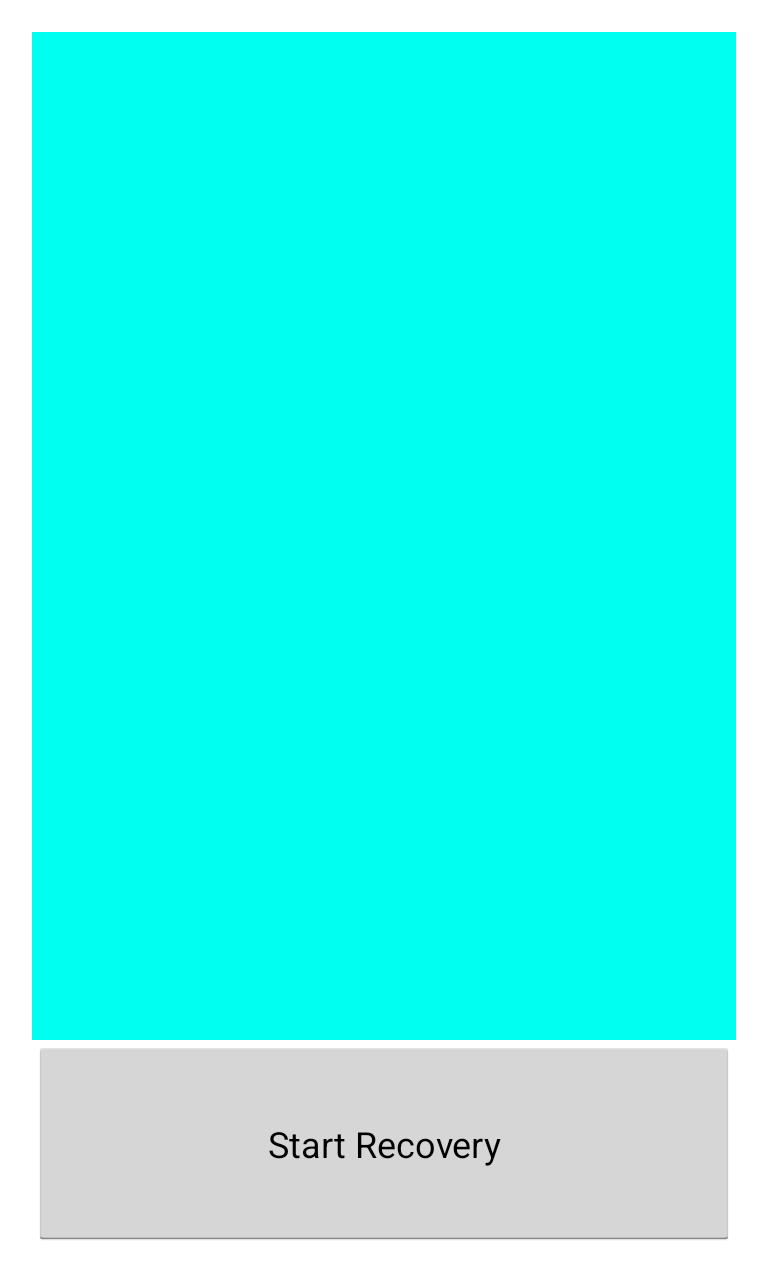
Repository: zzttt/LVM_BackupSol
Layout: TimeTraveler/res/layout/activity_recv.xml
The author's editor kept a copy of each file at every save. The layout is drawn from the files as they stood at one save, then again after the next save.
It is drawn on a 768 x 1280 px phone screen (xhdpi) without system bars, with theme AppTheme; the app's code is not run. Lists and similar views that code fills are empty.

Above is the layout before, as saved 2014-07-20 13:19:53.

### TimeTraveler/res/layout/activity_recv.xml
<RelativeLayout xmlns:android="http://schemas.android.com/apk/res/android"
    xmlns:tools="http://schemas.android.com/tools"
    android:layout_width="match_parent"
    android:layout_height="match_parent">

    <LinearLayout
        android:layout_width="match_parent"
        android:layout_height="match_parent"
        android:weightSum="1"
        android:orientation="vertical"
	    android:paddingBottom="@dimen/activity_vertical_margin"
	    android:paddingLeft="@dimen/activity_horizontal_margin"
	    android:paddingRight="@dimen/activity_horizontal_margin"
	    android:paddingTop="@dimen/activity_vertical_margin"
        >
    <ListView
        android:id="@+id/lv_recvList"
        android:layout_width="match_parent"
        android:layout_height="wrap_content"
        android:smoothScrollbar="true"
        android:background="#00fff0"
        android:layout_weight="0.9"
         >
    </ListView>

    <Button
        android:id="@+id/startRecv"
        android:layout_width="match_parent"
        android:layout_height="wrap_content"
        android:paddingTop="10dip"
        android:paddingBottom="10dip"
        android:text="Start Recovery"
        android:onClick="mOnClick"
        android:layout_weight="0.1"
        />

    </LinearLayout>
</RelativeLayout>

Loaded but not shown: TimeTraveler/res/values/styles.xml (common file); TimeTraveler/res/values-v11/styles.xml (common file); TimeTraveler/res/values-v14/styles.xml (common file); TimeTraveler/res/values/dimens.xml (common file); TimeTraveler/res/values-w820dp/dimens.xml (common file)

After the next save:
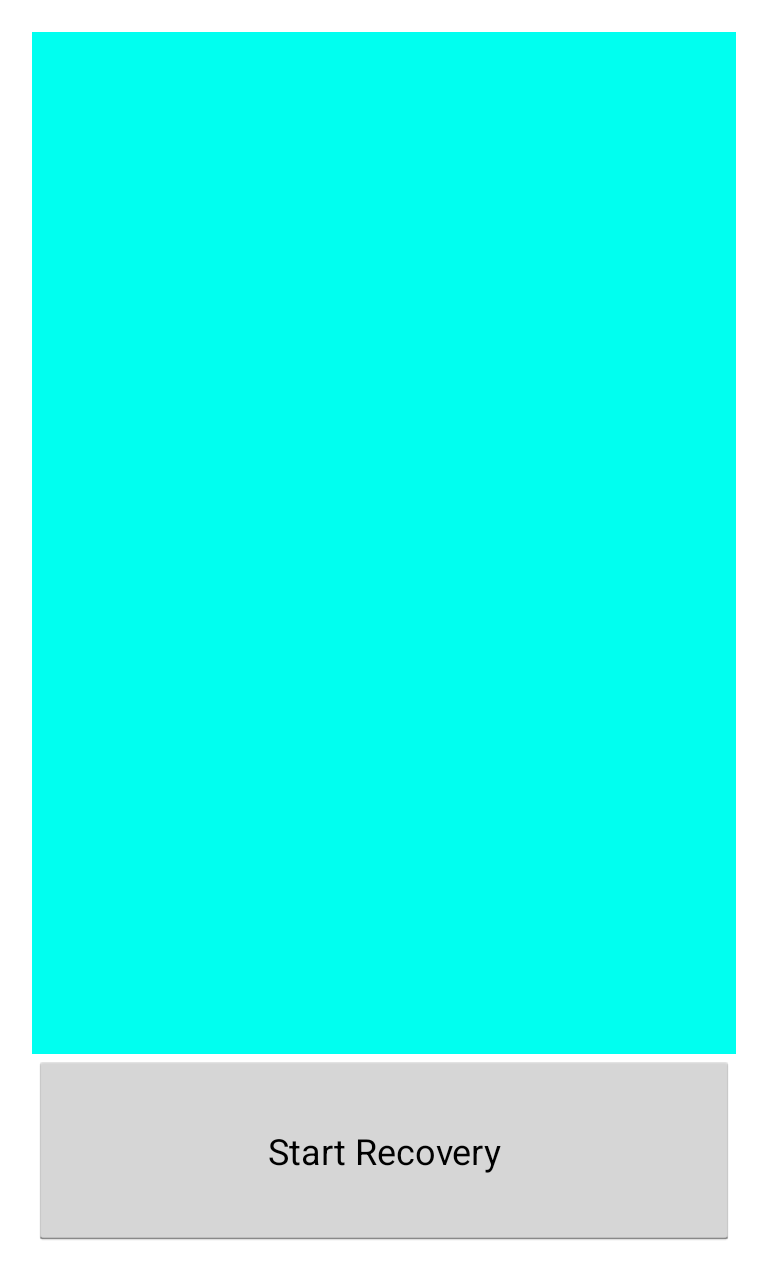
Saved 25 s later.
--- a/TimeTraveler/res/layout/activity_recv.xml
+++ b/TimeTraveler/res/layout/activity_recv.xml
@@ -26,9 +26,7 @@
     <Button
         android:id="@+id/startRecv"
         android:layout_width="match_parent"
-        android:layout_height="wrap_content"
-        android:paddingTop="10dip"
-        android:paddingBottom="10dip"
+        android:layout_height="40dip"
         android:text="Start Recovery"
         android:onClick="mOnClick"
         android:layout_weight="0.1"
